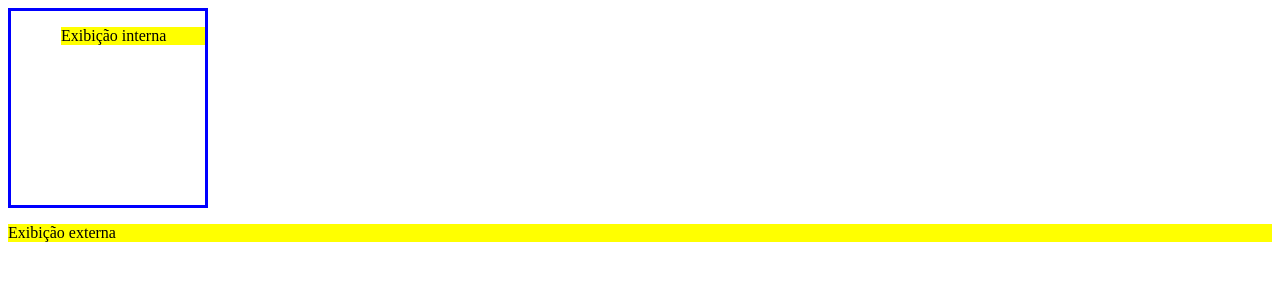
Repository: NicholasMaestrello/treinamento-impacta
Page: DesenvolvimentoJava/Modulo06/01_ConceitosHTMLCSS/WebContent/exemplo_box.html
These files come from the project's save history. The page is drawn as it stood at one moment and after the next save; the edit follows.
The browser window is 1280 px wide. The pictures show the whole page.

Above is the page before, as saved 2017-10-18 16:53:16.

### DesenvolvimentoJava/Modulo06/01_ConceitosHTMLCSS/WebContent/exemplo_box.html
<!DOCTYPE html>
<html>
<head>
<meta charset="ISO-8859-1">
<title>Exemplo de box </title>

<style type="text/css">
	.modo{
		width: 200px;
		height: 200px;
		padding-left: 50px;
		border: 3px solid blue;
		box-sizing: border-box;
	}

	p{
		background-color: yellow;
	}
</style>

</head>
<body>

	<div class="modo">
		<p>Exibição interna</p>
	</div>
	<p>Exibição externa</p>

</body>
</html>

After the next save:
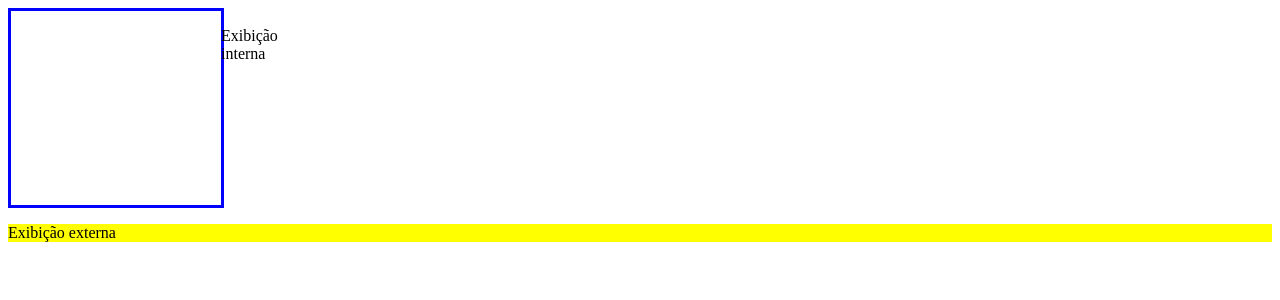
Saved 2 min 6 s later.
--- a/DesenvolvimentoJava/Modulo06/01_ConceitosHTMLCSS/WebContent/exemplo_box.html
+++ b/DesenvolvimentoJava/Modulo06/01_ConceitosHTMLCSS/WebContent/exemplo_box.html
@@ -8,7 +8,7 @@
 	.modo{
 		width: 200px;
 		height: 200px;
-		padding-left: 50px;
+		padding-left: 210px;
 		border: 3px solid blue;
 		box-sizing: border-box;
 	}
